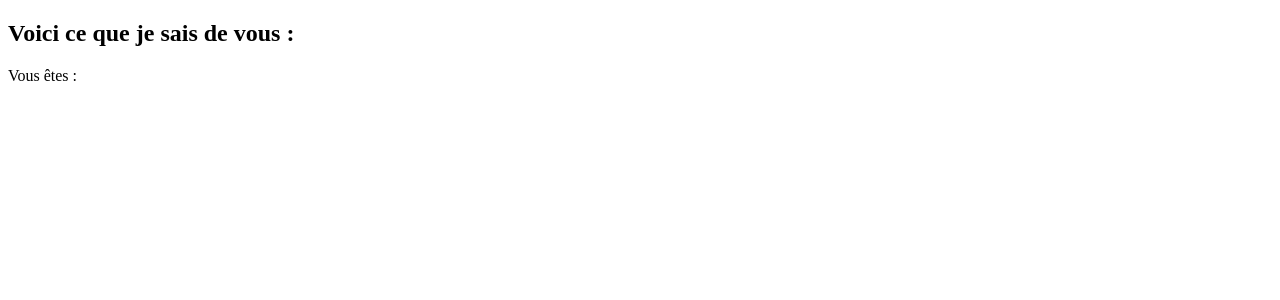
Repository: softreaver/WorkSpace
Page: http://localhost/jstl/initProcess.jsp
These files come from the project's save history. The page is drawn as it stood at one moment and after the next save; the edit follows.
The browser window is 1280 px wide. The pictures show the whole page.
The page is served by Tomcat 9. Other server files are loaded and not shown.

Above is the page before, as saved 2018-05-15 08:23:11.

### jstl/WebContent/initProcess.jsp
<%@ page language="java" contentType="text/html; charset=UTF-8"
    pageEncoding="UTF-8"%>
<%@taglib uri="http://java.sun.com/jsp/jstl/core" prefix="c" %>
<!DOCTYPE html PUBLIC "-//W3C//DTD HTML 4.01 Transitional//EN" "http://www.w3.org/TR/html4/loose.dtd">
<html>
<head>
<meta http-equiv="Content-Type" content="text/html; charset=UTF-8">
<title>Récapitulation des données</title>
</head>
<body>
	<ul>
		<c:forEach items="${ paramValues }" var="item">
			<li>
				<c:out value="${ item.key }" />
				<ul>
					<c:forEach items="${ item.value }" var="val">
						<c:forTokens var="elem" items="${ val }" delims=" ,">
							<li>
								<c:out value="${ elem }"/>
							</li>
						</c:forTokens>
					</c:forEach>
				</ul>
			</li>
		</c:forEach>
	</ul>

	<h2>Voici ce que je sais de vous :</h2>
	<c:out value="Vous êtes : ${ param.nom } ${ param.prenom }"/>
	<br/>
	<c:choose>
		<c:when test="${ !empty paramValues.pays }">
			<c:forEach items="${ paramValues.pays }" var="pays">
				<c:out value="${ pays }"/>
				<br/>
			</c:forEach>
		</c:when>
	</c:choose>
</body>
</html>

After the next save:
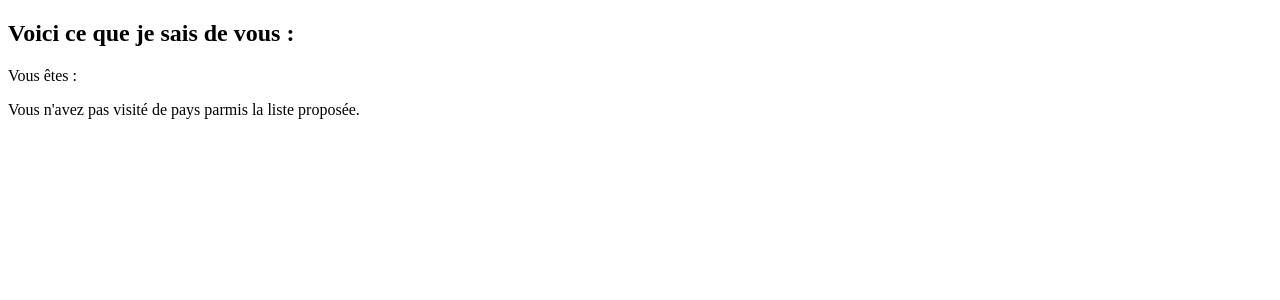
Saved 3 min 5 s later.
--- a/jstl/WebContent/initProcess.jsp
+++ b/jstl/WebContent/initProcess.jsp
@@ -26,15 +26,22 @@
 	</ul>
 
 	<h2>Voici ce que je sais de vous :</h2>
-	<c:out value="Vous êtes : ${ param.nom } ${ param.prenom }"/>
-	<br/>
-	<c:choose>
-		<c:when test="${ !empty paramValues.pays }">
-			<c:forEach items="${ paramValues.pays }" var="pays">
-				<c:out value="${ pays }"/>
-				<br/>
-			</c:forEach>
-		</c:when>
-	</c:choose>
+	<p>
+		<c:out value="Vous êtes : ${ param.nom } ${ param.prenom }"/>
+	</p>
+
+	<p>
+		<c:choose>
+			<c:when test="${ !empty paramValues.pays }">
+				<c:forEach items="${ paramValues.pays }" var="pays">
+					<c:out value="${ pays }"/>
+					<br/>
+				</c:forEach>
+			</c:when>
+			<c:otherwise>
+				Vous n'avez pas visité de pays parmis la liste proposée.
+			</c:otherwise>
+		</c:choose>
+	</p>
 </body>
 </html>
